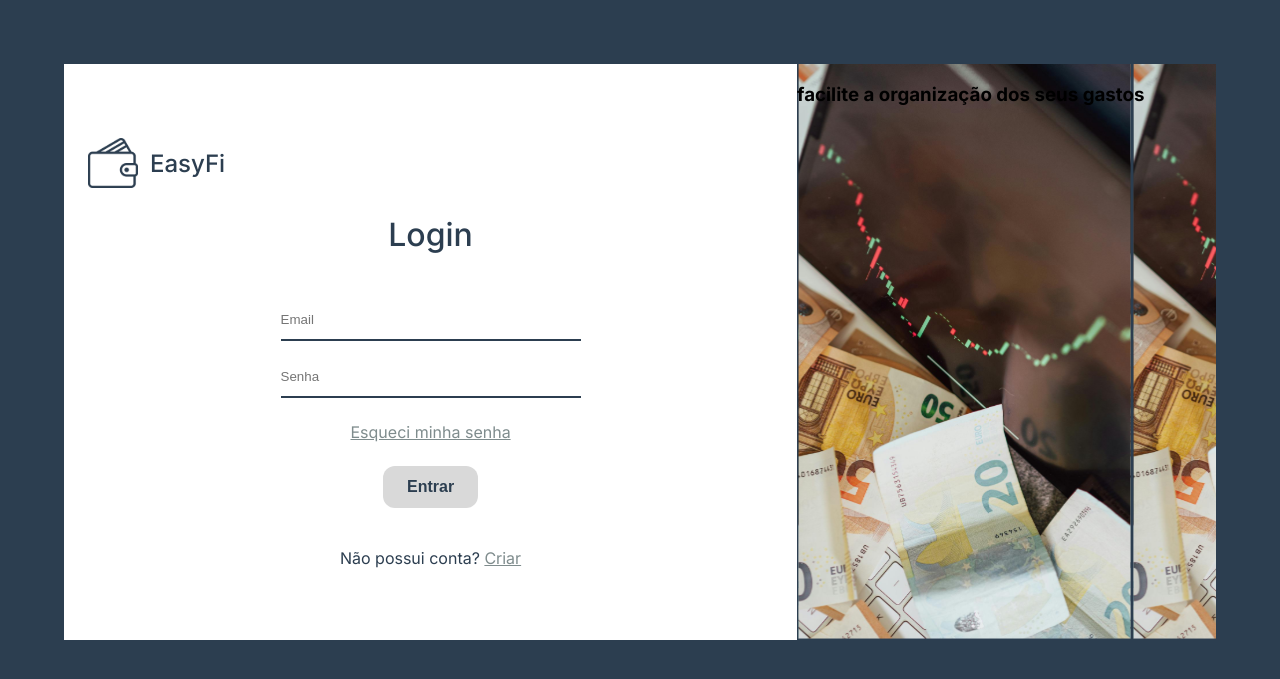
Repository: Ingridiag/projeto-engenharia
Page: login.html
The author's editor kept a copy of each file at every save. The page is drawn from the files as they stood at one save, then again after the next save.
The browser window is 1280 px wide. The pictures show the whole page.

Above is the page before, as saved 2024-10-28 17:06:19.

After the next save:
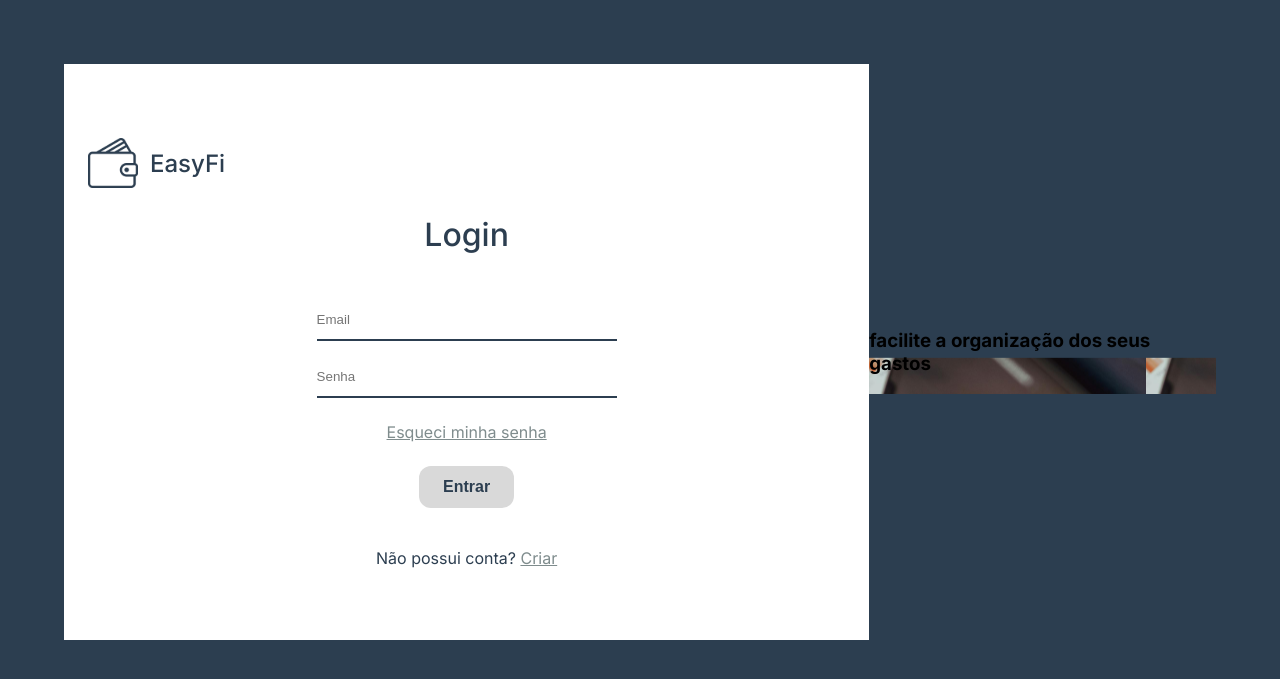
Saved 4 s later.
--- a/style.css
+++ b/style.css
@@ -99,8 +99,8 @@ body {
     transform: scale(1.1);
 }
 .decor{
-  width: 40%;
-  height: 80vh;
+  /* width: 40%;
+  height: 80vh; */
   background-image: url( imagens/imagem_background.svg);
   background-size: 80% 80vh;
 }
